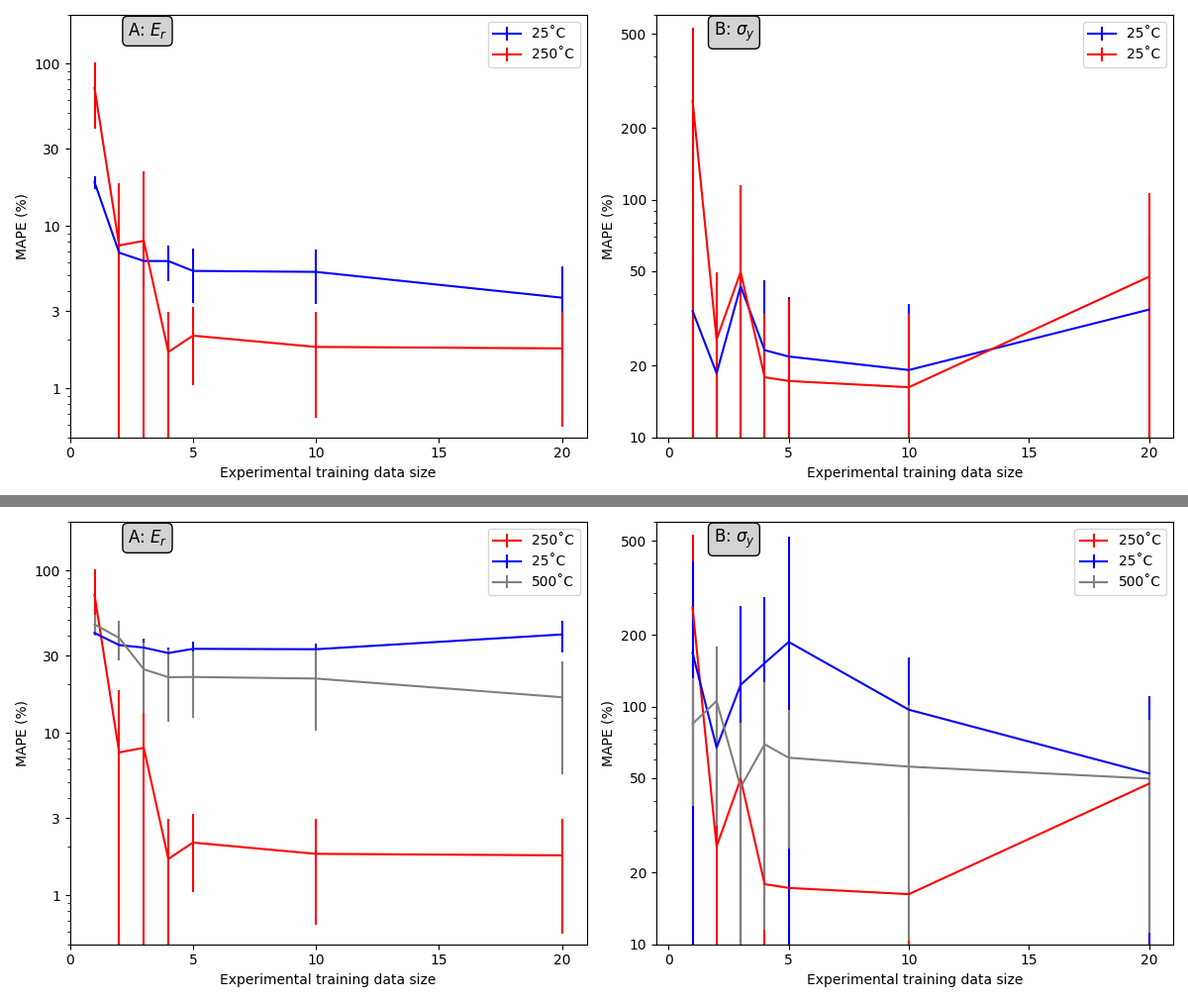
Repository: JoeSpencer1/temperature-dependant
Script's output: python src/figures.py
An editor plug-in stored every save of this project. The script's output is shown before and after the next save, followed by the edit.
The pictures are shown at 99% of full size.
Each picture stacks the figures in order, with grey between them; figures that are only written to a file come last. Random numbers start from a fixed seed.

Above is the script's output before, as saved 2023-10-29 15:32:14.

After the next save:
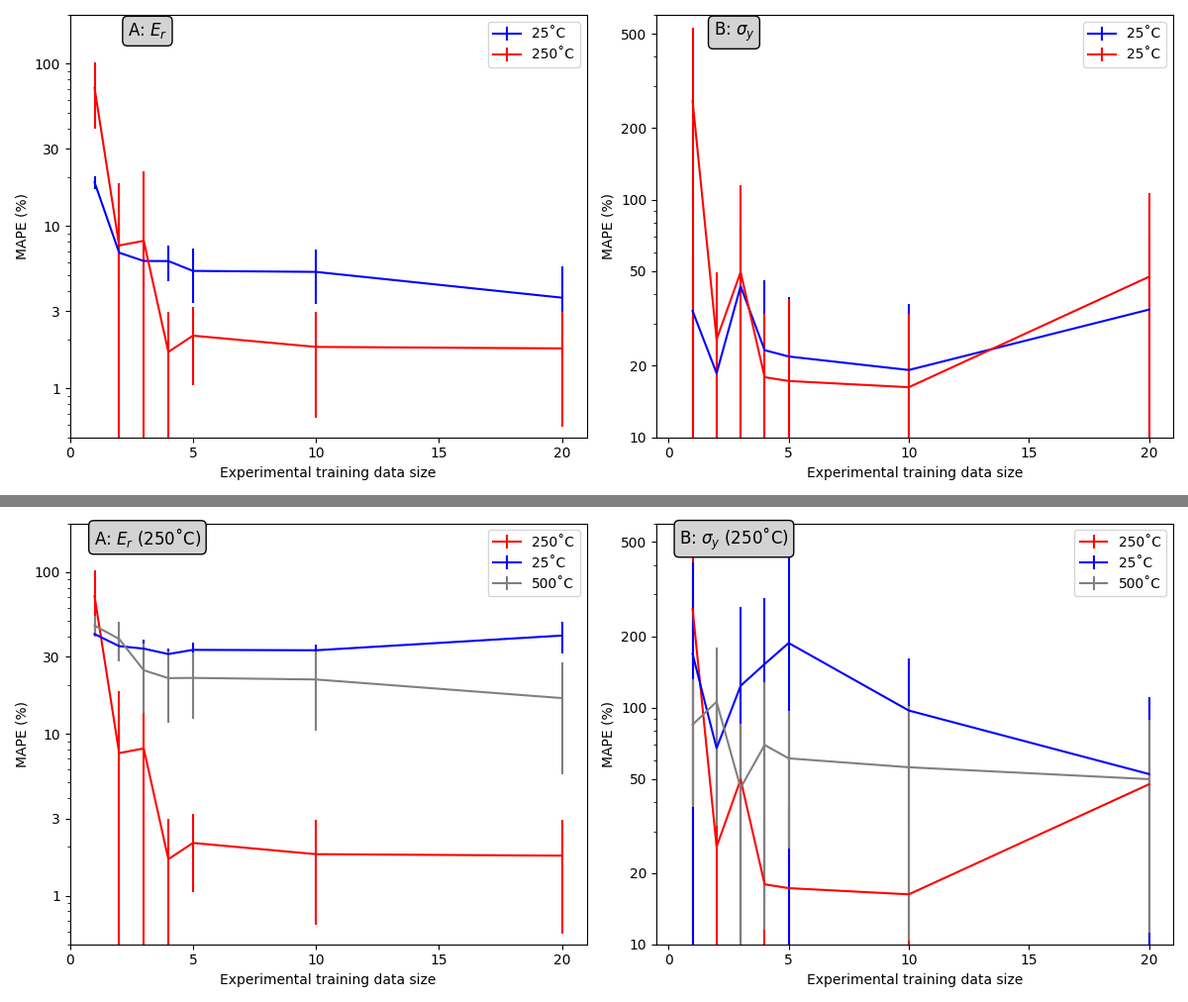
Saved 79 s later.
--- a/src/figures.py
+++ b/src/figures.py
@@ -72,7 +72,7 @@ ax1.set_yticklabels([1, 3, 10, 30, 100])
 ax1.legend()
 ax1.set_ylabel("MAPE (%)")
 ax1.set_xlabel("Experimental training data size")
-ax1.annotate("A: $E_{r}$", xy=(0.15, 0.95), xycoords="axes fraction",
+ax1.annotate("A: $E_{r}$ (250˚C)", xy=(0.15, 0.95), xycoords="axes fraction",
               fontsize=12, ha="center",
               bbox=dict(boxstyle="round,pad=0.3", edgecolor="black", facecolor="lightgray"))
 
@@ -90,7 +90,7 @@ ax2.set_ylabel("MAPE (%)")
 ax2.set_xlabel("Experimental training data size")
 plt.subplots_adjust(bottom=0.180)
 fig.tight_layout()
-ax2.annotate("B: $\sigma_{y}$", xy=(0.15, 0.95), xycoords="axes fraction",
+ax2.annotate("B: $\sigma_{y}$ (250˚C)", xy=(0.15, 0.95), xycoords="axes fraction",
               fontsize=12, ha="center",
               bbox=dict(boxstyle="round,pad=0.3", edgecolor="black", facecolor="lightgray"))
 plt.savefig("/Users/Joe/Desktop/figure1.jpeg", dpi=800, bbox_inches="tight")
